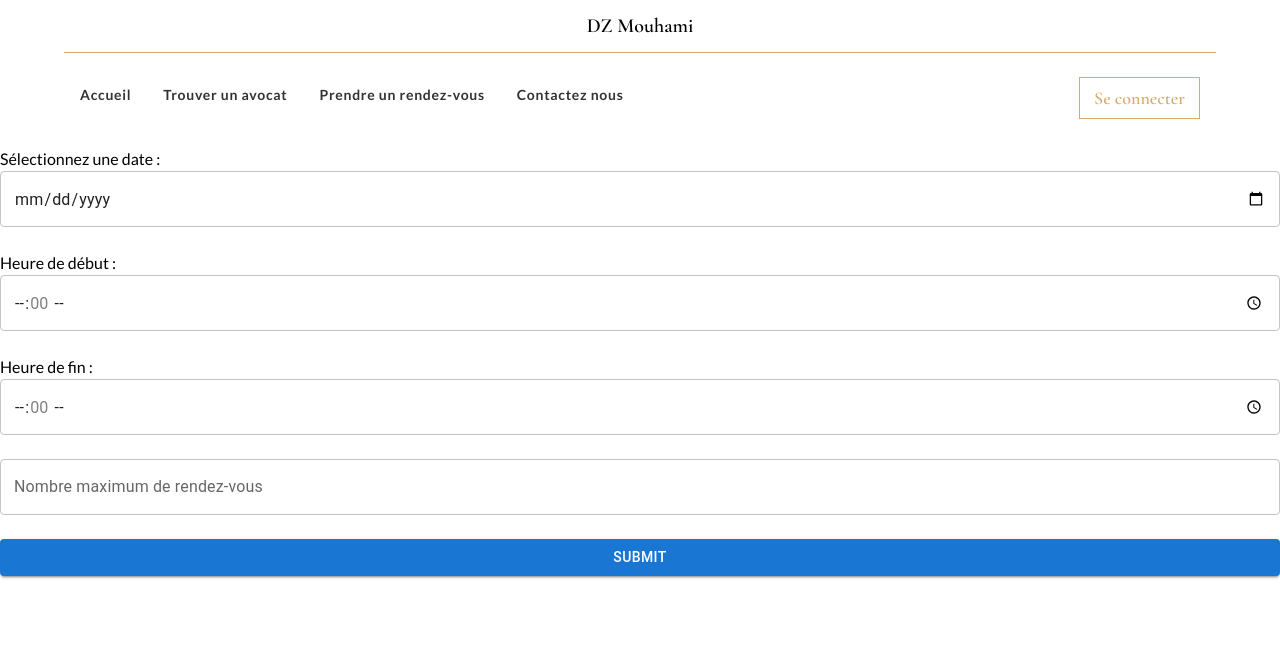
Repository: Chekrouba-Tinhinane/Mohami_dz
Page: /Available (app in client/)
An editor plug-in stored every save of this project. The page is shown before and after the next save, followed by the edit.
The browser window is 1280 px wide. The pictures show the whole page.
The page's requests for data from a server got no answer. The project was rebuilt for these pictures with package versions that can differ from the ones it lists, and the page was loaded fresh each time. No one was signed in, and anything a server would have sent is missing. Also part of the build but not shown: client/vite.config.js, client/src/components/super/Footer.jsx, client/src/LandingPage.jsx, client/src/SignIn.jsx, client/src/components/Selector.jsx, client/src/components/SearchContainer.jsx, client/src/components/LawyerCard.jsx, client/src/components/SearchBar.jsx and 13 more.

Above is the page before, as saved 2024-01-28 13:24:14.

After the next save:
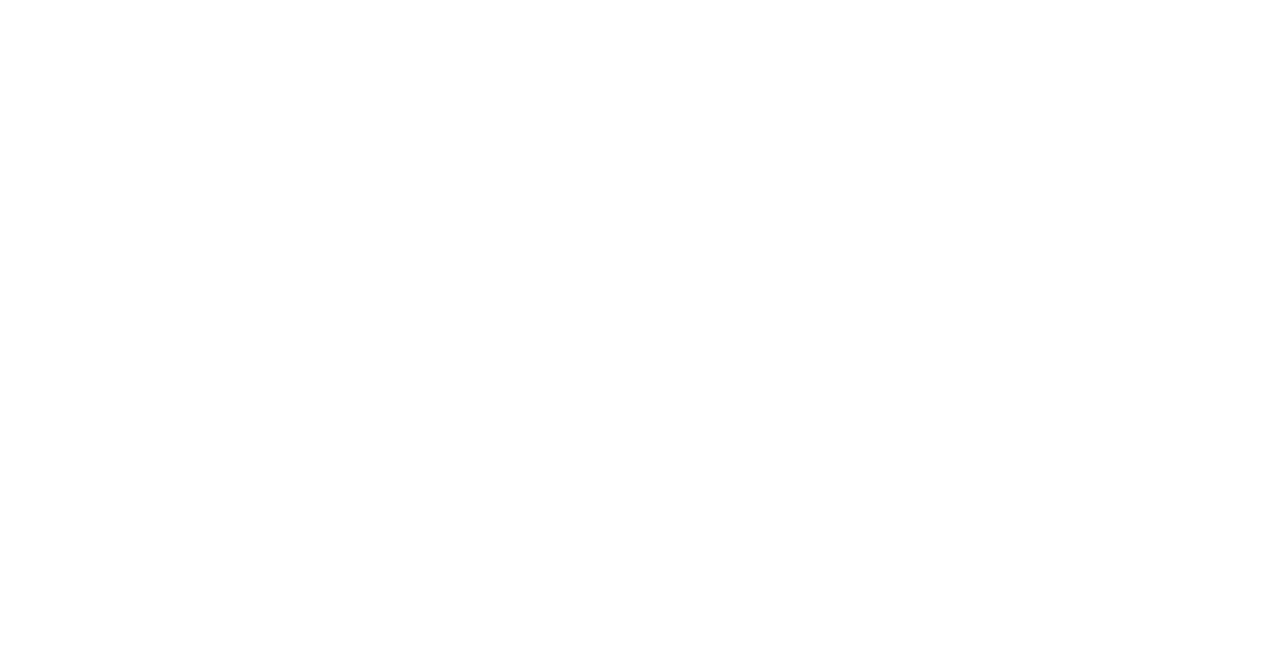
Console error: ReferenceError: Typography is not defined
Saved 30 s later.
--- a/client/src/AvailabilityForm.jsx
+++ b/client/src/AvailabilityForm.jsx
@@ -31,7 +31,7 @@ const validate = (values) => {
 };
 
 const AvailabilityForm = () => {
-  const [showSuccessMessage, setShowSuccessMessage] = useState(false);
+  const [showSuccessMessage, setShowSuccessMessage] = useState(true);
 
   const formik = useFormik({
     initialValues,

After the 3 saves that followed:
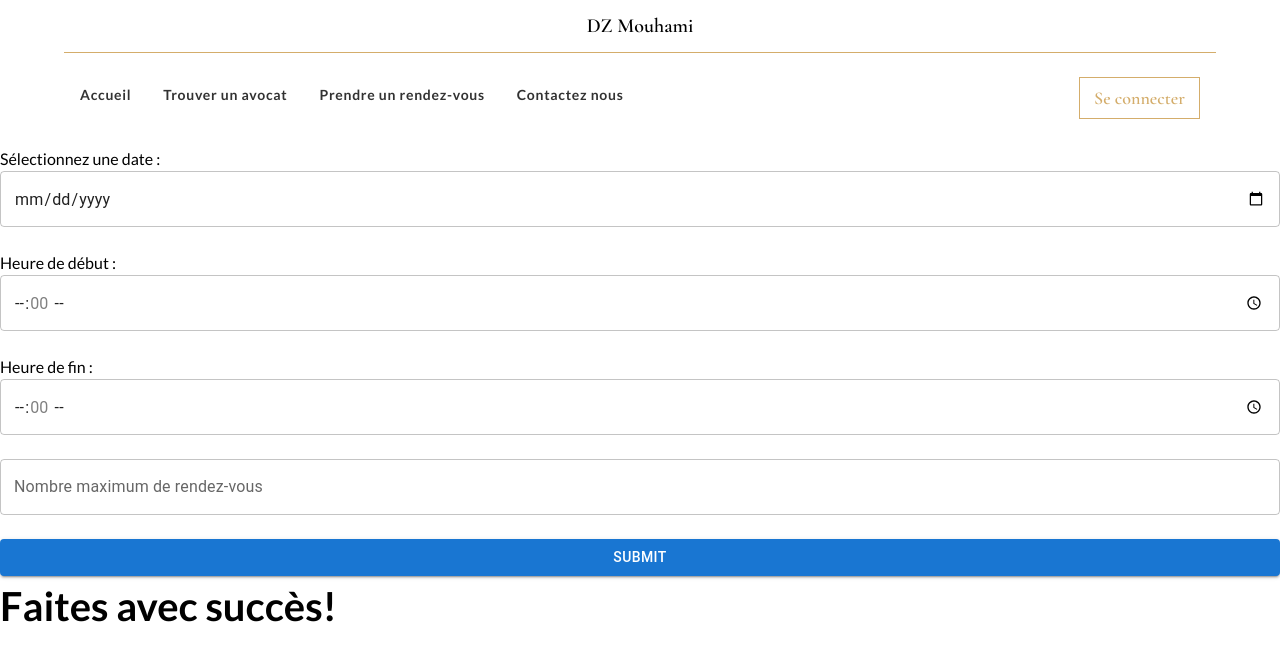
The error is gone.
The 3 saves are shown as one change because 1 left the picture as it was and some came seconds apart.
The last was saved 24 s later.
--- a/client/src/AvailabilityForm.jsx
+++ b/client/src/AvailabilityForm.jsx
@@ -143,9 +143,9 @@ const AvailabilityForm = () => {
           </Button>
         </form>
         {showSuccessMessage && (
-          <Typography variant="body1" color="success">
+          <h2 variant="body1" color="success">
             Faites avec succès!
-          </Typography>
+          </h2>
         )}
       </Grid>
     </Grid>
